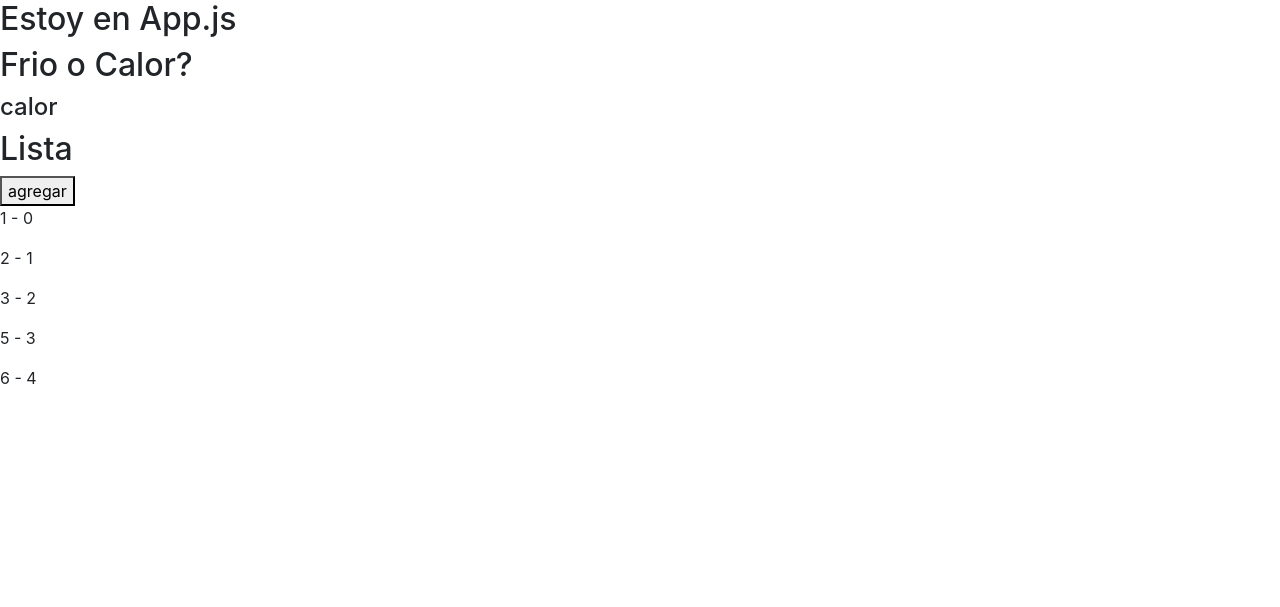
Repository: geraldine-ventura/Jsx-practica-terminada
Page: /
These files come from the project's save history. The page is drawn as it stood at one moment and after the next save; the edit follows.
The browser window is 1280 px wide. The pictures show the whole page.
The project was rebuilt for these pictures with package versions that can differ from the ones it lists, and the page was loaded fresh each time.

Above is the page before, as saved 2022-12-29 11:00:31.

### public/index.html
<!DOCTYPE html>
<html lang="en">
  <head>
    <meta charset="utf-8" />
    <link rel="icon" href="%PUBLIC_URL%/favicon.ico" />
    <meta name="viewport" content="width=device-width, initial-scale=1" />
    <meta name="theme-color" content="#000000" />
    <meta
      name="description"
      content="Web site created using create-react-app"
    />
    <link rel="apple-touch-icon" href="%PUBLIC_URL%/logo192.png" />
    <!--
      manifest.json provides metadata used when your web app is installed on a
      user's mobile device or desktop. See https://developers.google.com/web/fundamentals/web-app-manifest/
    -->
    <link rel="manifest" href="%PUBLIC_URL%/manifest.json" />
    <!--
      Notice the use of %PUBLIC_URL% in the tags above.
      It will be replaced with the URL of the `public` folder during the build.
      Only files inside the `public` folder can be referenced from the HTML.

      Unlike "/favicon.ico" or "favicon.ico", "%PUBLIC_URL%/favicon.ico" will
      work correctly both with client-side routing and a non-root public URL.
      Learn how to configure a non-root public URL by running `npm run build`.
    -->
    <title>React App</title>
    <link rel="stylesheet" href="https://cdn.jsdelivr.net/npm/bootstrap@4.3.1/dist/css/bootstrap.min.css" integrity="sha384-ggOyR0iXCbMQv3Xipma34MD+dH/1fQ784/j6cY/iJTQUOhcWr7x9JvoRxT2MZw1T" crossorigin="anonymous">
  </head>


  <body>
    <noscript>You need to enable JavaScript to run this app.</noscript>
    <div id="root"></div>
    <!--
      This HTML file is a template.
      If you open it directly in the browser, you will see an empty page.

      You can add webfonts, meta tags, or analytics to this file.
      The build step will place the bundled scripts into the <body> tag.

      To begin the development, run `npm start` or `yarn start`.
      To create a production bundle, use `npm run build` or `yarn build`.
    -->
  </body>
</html>

### src/App.js
import React from 'react'
import Jsx from "./componetes/Jsx"
import Lista from './componetes/Lista';

function App() {
  return (
    <div className="App">
    <h2>Estoy en App.js</h2>
    <Jsx></Jsx>
    <Lista></Lista>
    </div>
  );
}

export default App;

### src/componetes/Jsx.js
import React, { Fragment } from 'react'

const  Jsx= () => {
    //const saludo =" CONSTANTE PRUEBA"
    const temperatura=21;
    return (
        <Fragment>

    <h2>Frio o Calor?</h2>
    <h4>
       {
        temperatura > 20 ? "calor" : "frio"
       }
    </h4>
       </Fragment>
        );
}

export default Jsx;

### src/componetes/Lista.js
import React,{useState,Fragment} from 'react'
const  Lista= () => {

 const [arrayNumero, setArrayNumero]= useState([1,2,3,5,6])

 const[numero, setNumero]= useState(77)

 const agregarElemento =() => {

    setNumero(numero + 1)
   // console.log ("click")
    setArrayNumero([...arrayNumero,numero])
}
    return (
        <Fragment>
          <h2> Lista</h2>
          <button onClick={agregarElemento}>agregar</button>
          {
            arrayNumero.map((item,index )=>
                <p key ={index}>
                  {item} - {index}
                </p>
            )
          }
        </Fragment>
     );
}

export default Lista;

### src/componeneste2/Formulario.js
import React, {Fragment, useState} from 'react'

const Formulario= ()=>{
     return (
      <Fragment>
        <h1>Formulario</h1>
         <form className='"row'>
        <input
        placeholder='"ingrese nombre'
        className= "form-control">
       </input>
         <div>
          <input
          placeholder='ingrese apellido'
          className= "form-control">
          </input>
         </div>
         <div className='col-md-3'>
          <button> Enviar</button>

           </div>
        </form>
        </Fragment>
      );
}

export default Formulario;

Loaded but not shown: src/index.js (common file); src/index.css (common file); src/reportWebVitals.js (common file)

After the next save:
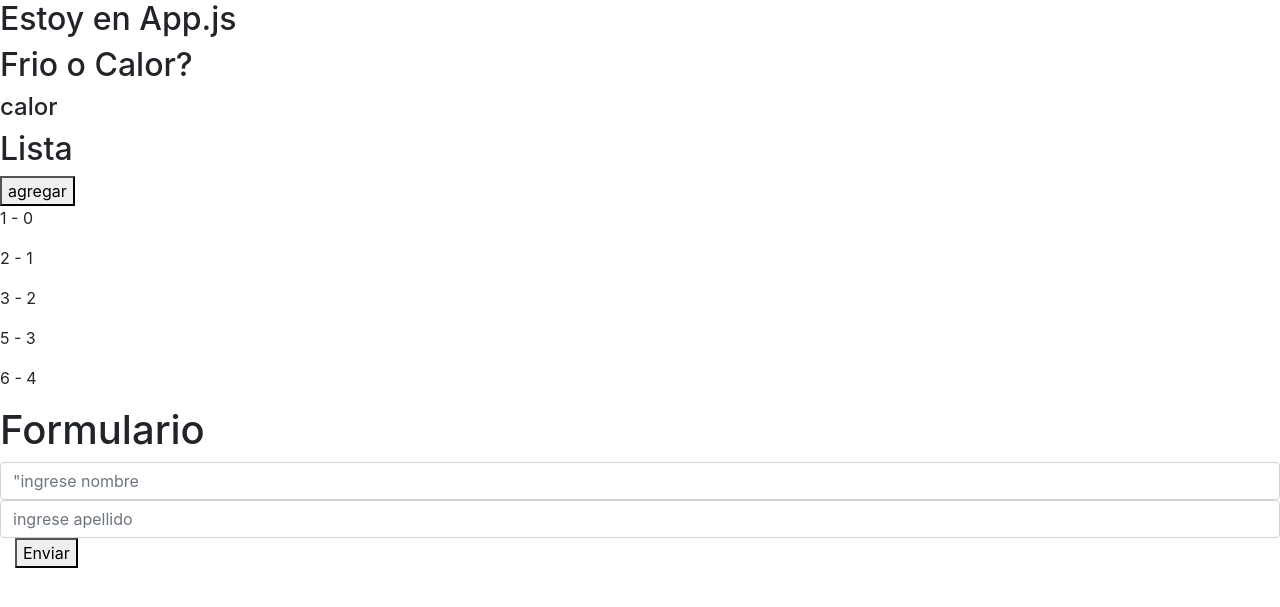
Saved 108 s later.
--- a/src/App.js
+++ b/src/App.js
@@ -1,4 +1,5 @@
 import React from 'react'
+import Formulario from './componeneste2/Formulario';
 import Jsx from "./componetes/Jsx"
 import Lista from './componetes/Lista';
 
@@ -8,6 +9,7 @@ function App() {
     <h2>Estoy en App.js</h2>
     <Jsx></Jsx>
     <Lista></Lista>
+    <Formulario></Formulario>
     </div>
   );
 }
